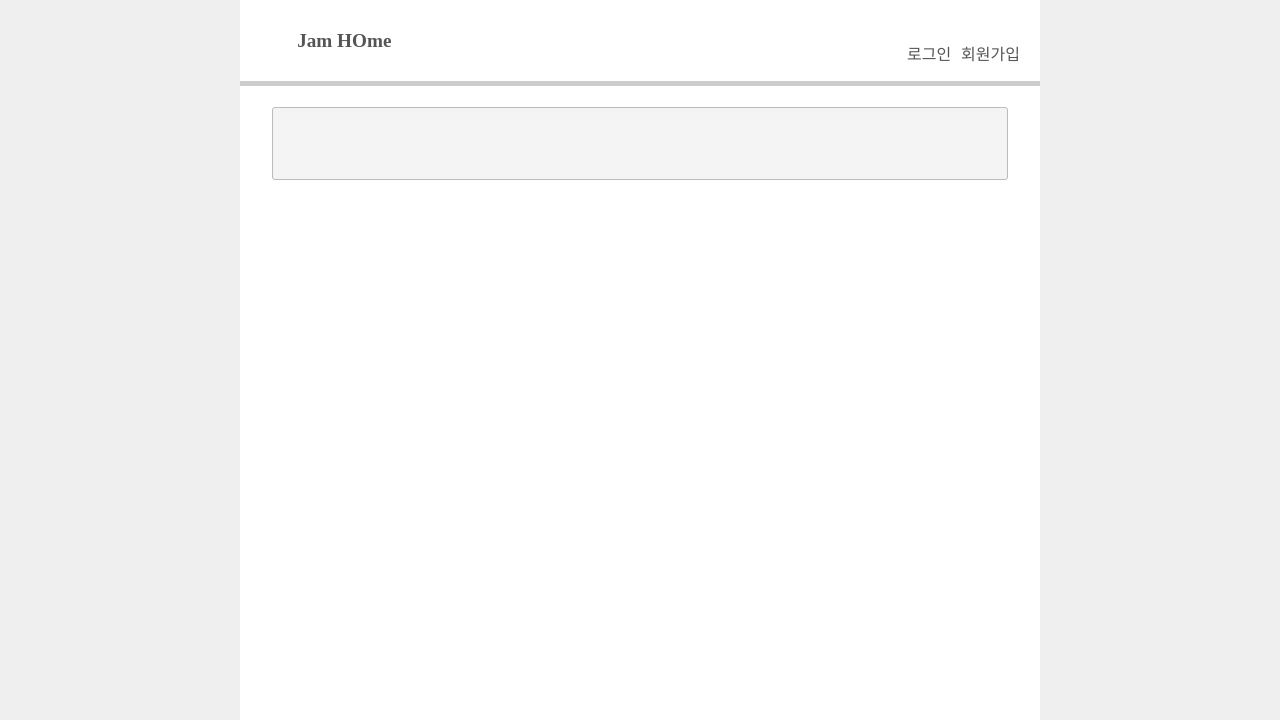
Repository: woals5636/JSPClass
Page: http://localhost/jspPro/days01/ex02_ok.jsp
These files come from the project's save history. The page is drawn as it stood at one moment and after the next save; the edit follows.
The browser window is 1280 px wide. The pictures show the whole page.
Some web fonts or font styles are not loaded; a fallback is used. The page is served by Tomcat 9.

Above is the page before, as saved 2024-10-15 03:26:29.

After the next save:
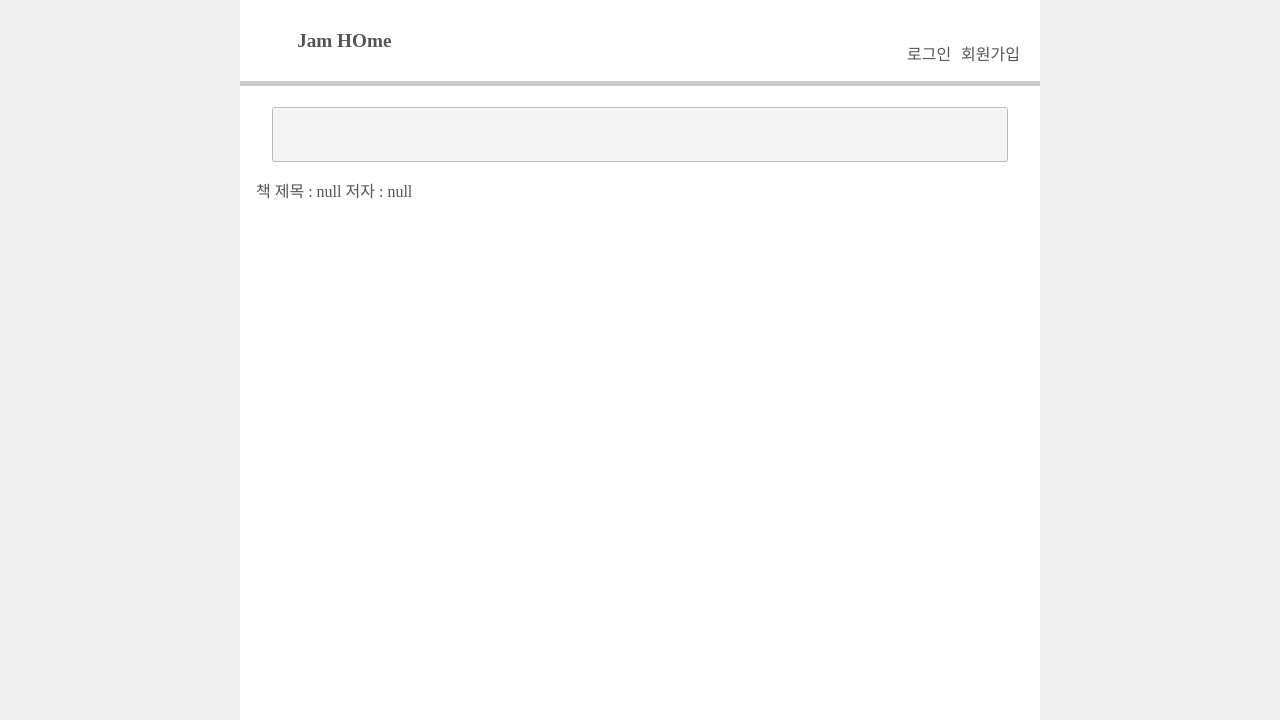
Saved 48 s later.
--- a/jspPro/src/main/webapp/days01/ex02_ok.jsp
+++ b/jspPro/src/main/webapp/days01/ex02_ok.jsp
@@ -31,8 +31,10 @@
 </header>
 <div>
   <xmp class="code">
+  </xmp>
 
-  </xmp>
+  책 제목 : <%= title %>
+  저자 : <%= author %>
 </div>
 </body>
 </html>
